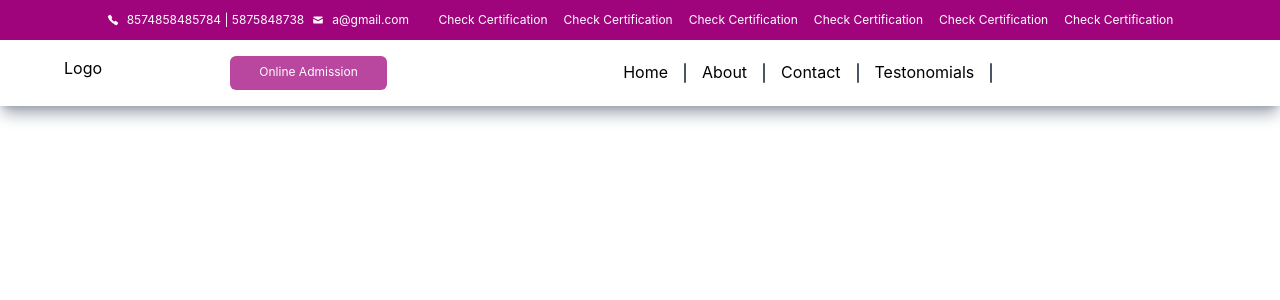
Repository: Sushant203/react-training-
Page: /
These files come from the project's save history. The page is drawn as it stood at one moment and after the next save; the edit follows.
The browser window is 1280 px wide. The pictures show the whole page.
The project was rebuilt for these pictures with package versions that can differ from the ones it lists, and the page was loaded fresh each time. Also part of the build but not shown: src/App.css, src/components/LowerNav.jsx, src/components/UpperNav.jsx.

Above is the page before, as saved 2022-12-19 10:03:14.

After the next save:
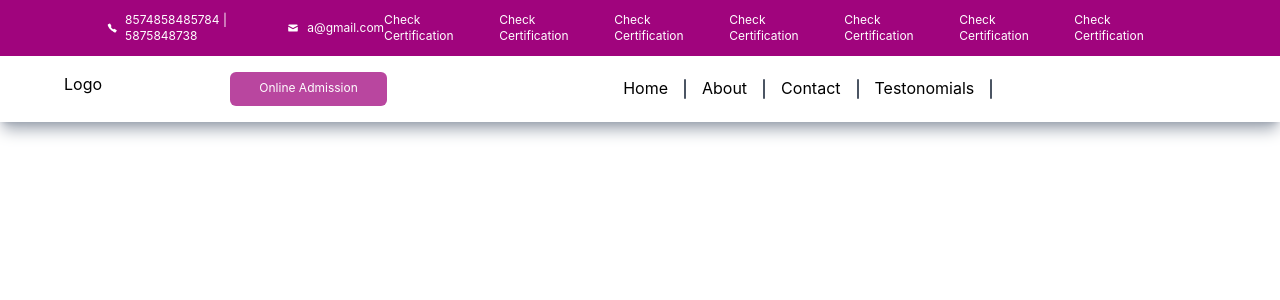
Saved 9 h 29 min later.
--- a/src/components/Naviagtion/Toolbar/header.jsx
+++ b/src/components/Naviagtion/Toolbar/header.jsx
@@ -4,11 +4,12 @@ import { HiMail } from "react-icons/hi";
 function Header() {
   const NavLinks = [
     { title: "check certificate" },
-    { title: "check certificate" },
-    { title: "check certificate" },
-    { title: "check certificate" },
-    { title: "check certificate" },
-    { title: "check certificate" },
+    { title: "Career" },
+    { title: "Contact Us" },
+    { title: "Download Brochure" },
+    { title: "Hackathons" },
+    { title: "Hire Talents" },
+    { title: "Testimonials" },
   ];
   return (
     <div className="py-3 h-fit  md:w-10/12 mx-auto flex flex-col   md:flex-row items-center justify-between  md:text-xs">
